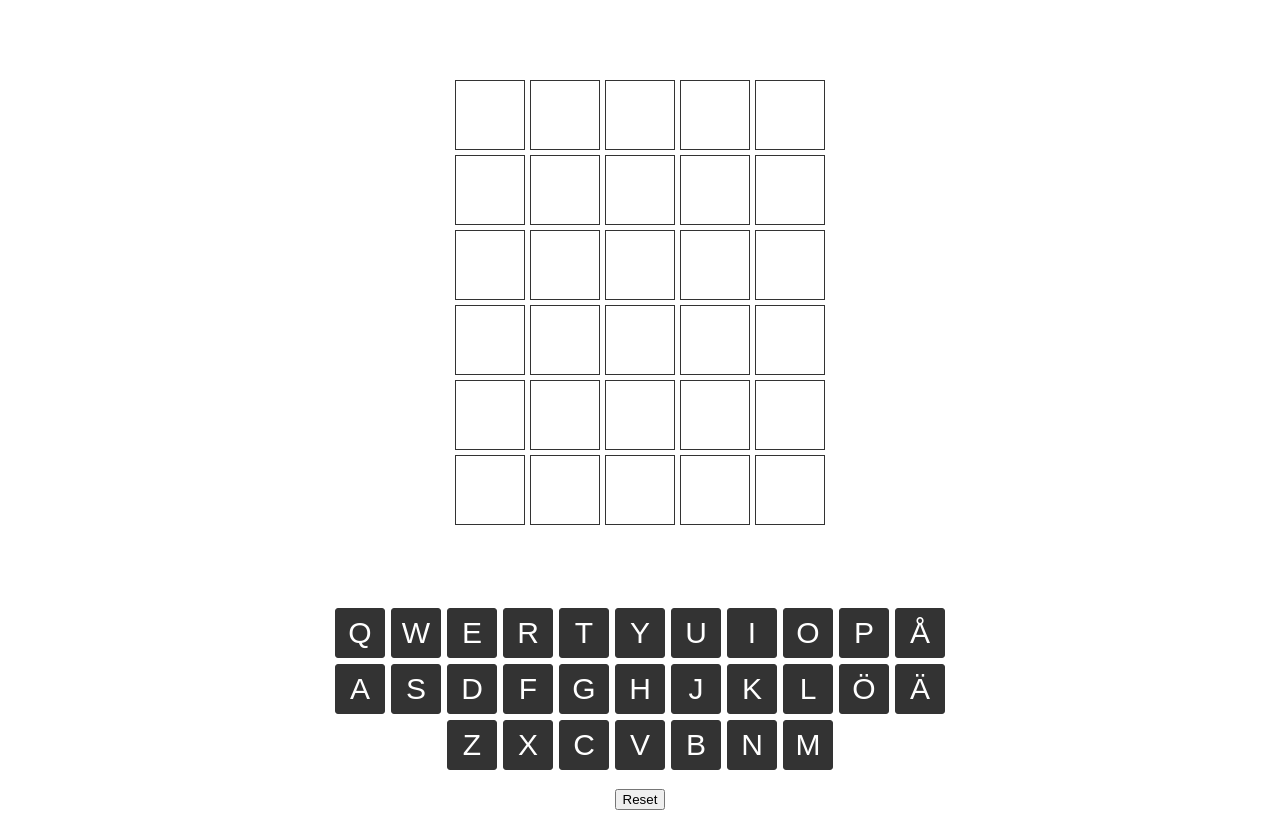
Repository: KarimIsaac/WorldeGame
Page: index.html
These files come from the project's save history. The page is drawn as it stood at one moment and after the next save; the edit follows.
The browser window is 1280 px wide. The pictures show the whole page.

Above is the page before, as saved 2022-03-13 07:19:01.

### index.html
<!DOCTYPE html>
<html lang="en">
<head>
    <meta charset="UTF-8">
    <meta http-equiv="X-UA-Compatible" content="IE=edge">
    <meta name="viewport" content="width=device-width, initial-scale=1.0">
    <title>Worlde Game</title>
    <link rel="stylesheet" href="style.css">
</head>
<body>

    <h1>Wordle Game</h1>
    <div id="grid"></div>
    <p id="answer"></p>
    <div id="keyboard"></div>

    <p>
      <button onClick="init()">Reset</button>
      </o>

      <script src="script.js"></script>
</body>
</html>

### style.css
html,
body {
  text-align: center;
  background: rgb(255, 255, 255);
  color: white;
  text-transform: uppercase;
  font-family: sans-serif;
}

#grid {
  display: inline-grid;
  grid-template-rows: repeat(6, 70px);
  grid-template-columns: repeat(5, 70px);
  gap: 5px;
  margin-bottom: 30px;
}

#grid div {
  border: 1px solid #333;
  display: flex;
  align-items: center;
  justify-content: center;
  font-size: 40px;
}

#keyboard button {
  appearance: none;
  border: 1px solid #333;
  background: #333;
  color: white;
  font-size: 30px;
  display: inline-block;
  width: 50px;
  height: 50px;
  line-height: 1;
  margin: 3px;
  text-transform: uppercase;
  border-radius: 3px;
}

.answer{
display: none;

}

### script.js
const grid = document.getElementById("grid");
const keyboard = document.getElementById("keyboard");

let answer = "";

const words = [
,"spela"
, "äpple"
, "hoppa"
, "dansa"
, "dator"
, "cykla"
, "skola"
, "TRÄNA"
];

let attempts = [];
let currentAttempt = "";

function drawGrid() {
  grid.innerHTML = "";

  for (i = 0; i < 6; i++) {
    for (j = 0; j < 5; j++) {
      const cell = document.createElement("div");
      grid.appendChild(cell);
    }
  }
}

function drawKeyboard() {
  keyboard.innerHTML = "";

  renderKeyboardRow("qwertyuiopå");
  renderKeyboardRow("asdfghjklöä");
  renderKeyboardRow("zxcvbnm");
}

function renderKeyboardRow(chars) {
  const row = document.createElement("div");

  for (const c of chars) {
    const key = document.createElement("button");
    key.textContent = c;
    key.onclick = () => playLetter(c);

    row.appendChild(key);
  }

  keyboard.appendChild(row);
}

function renderAttempts() {
  for (i = 0; i < attempts.length; i++) {
    const attempt = attempts[i];

    for (j = 0; j < 5; j++) {
      const letter = attempt[j];

      cell = grid.children[i * 5 + j];
      cell.textContent = letter;

      if (letter === answer[j]) {
        cell.style.backgroundColor = "green";
      } else if (answer.includes(letter)) {
        cell.style.backgroundColor = "#bfbf2e";
      } else {
        cell.style.backgroundColor = "#000";
      }
    }
  }
}

function renderCurrentAttempt() {
  for (i = 0; i < 5; i++) {
    const letter = currentAttempt[i] || "";

    cell = grid.children[attempts.length * 5 + i];
    cell.textContent = letter;
  }
}

function playLetter(letter) {
  currentAttempt = currentAttempt + letter;

  renderCurrentAttempt();
}

function handleInput(e) {
  const key = e.key.toLowerCase();

  if (key === "enter" && currentAttempt.length === 5) {
    attempts.push(currentAttempt);
    currentAttempt = "";

    renderAttempts();
  }

  if (key === "backspace" && currentAttempt.length) {
    const letters = currentAttempt.split("");
    letters.pop();
    currentAttempt = letters.join("");

    renderCurrentAttempt();
  }

  if (/^[a-z]$/.test(key) && currentAttempt.length < 5) {
    playLetter(key);
  }
}

function init() {
  attempts = [];
  currentAttempt = "";

  answer = words[Math.floor(Math.random() * words.length)];

  document.getElementById("answer").textContent = answer;

  drawGrid();
  drawKeyboard();

  renderAttempts();
  renderCurrentAttempt();

  document.removeEventListener("keydown", handleInput);
  document.addEventListener("keydown", handleInput);
}

init();

After the next save:
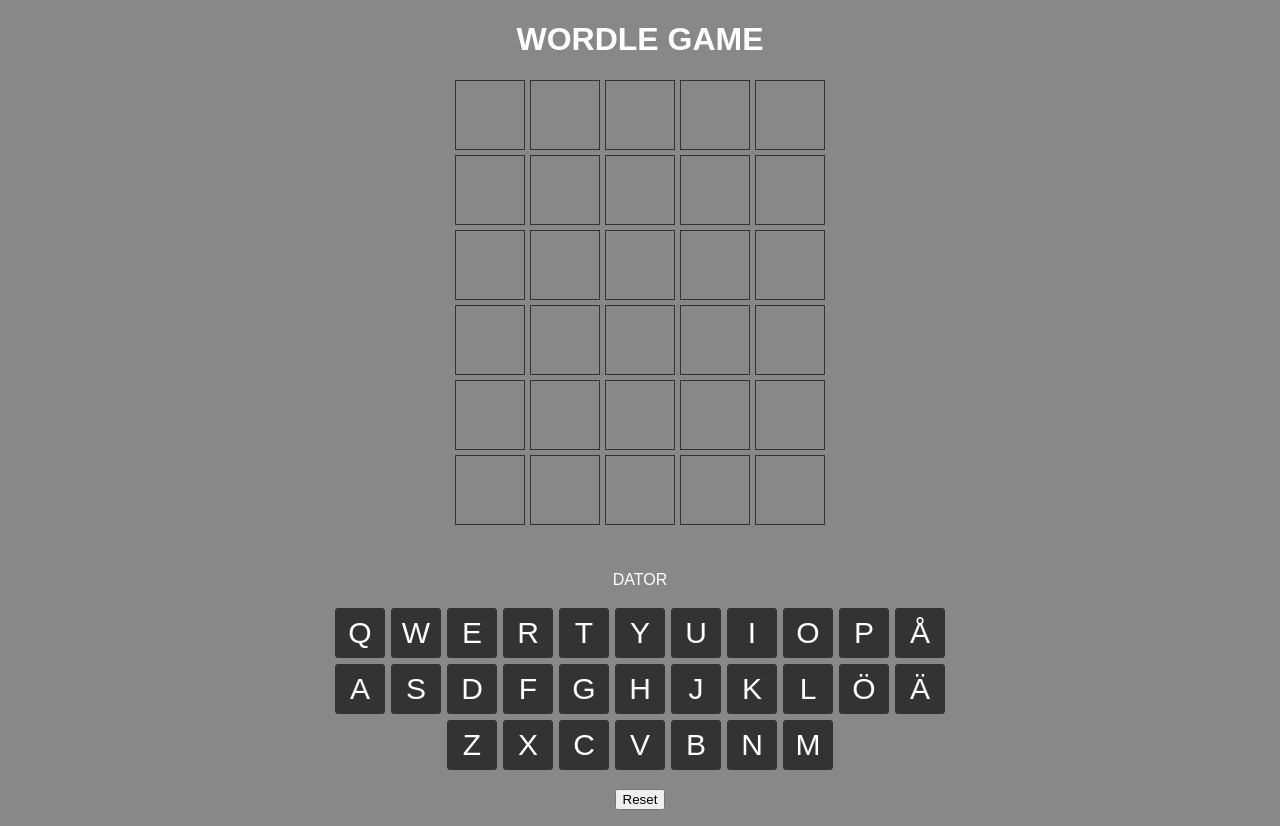
Saved 8 s later.
--- a/style.css
+++ b/style.css
@@ -1,7 +1,7 @@
 html,
 body {
   text-align: center;
-  background: rgb(255, 255, 255);
+  background: rgb(136, 136, 136);
   color: white;
   text-transform: uppercase;
   font-family: sans-serif;
